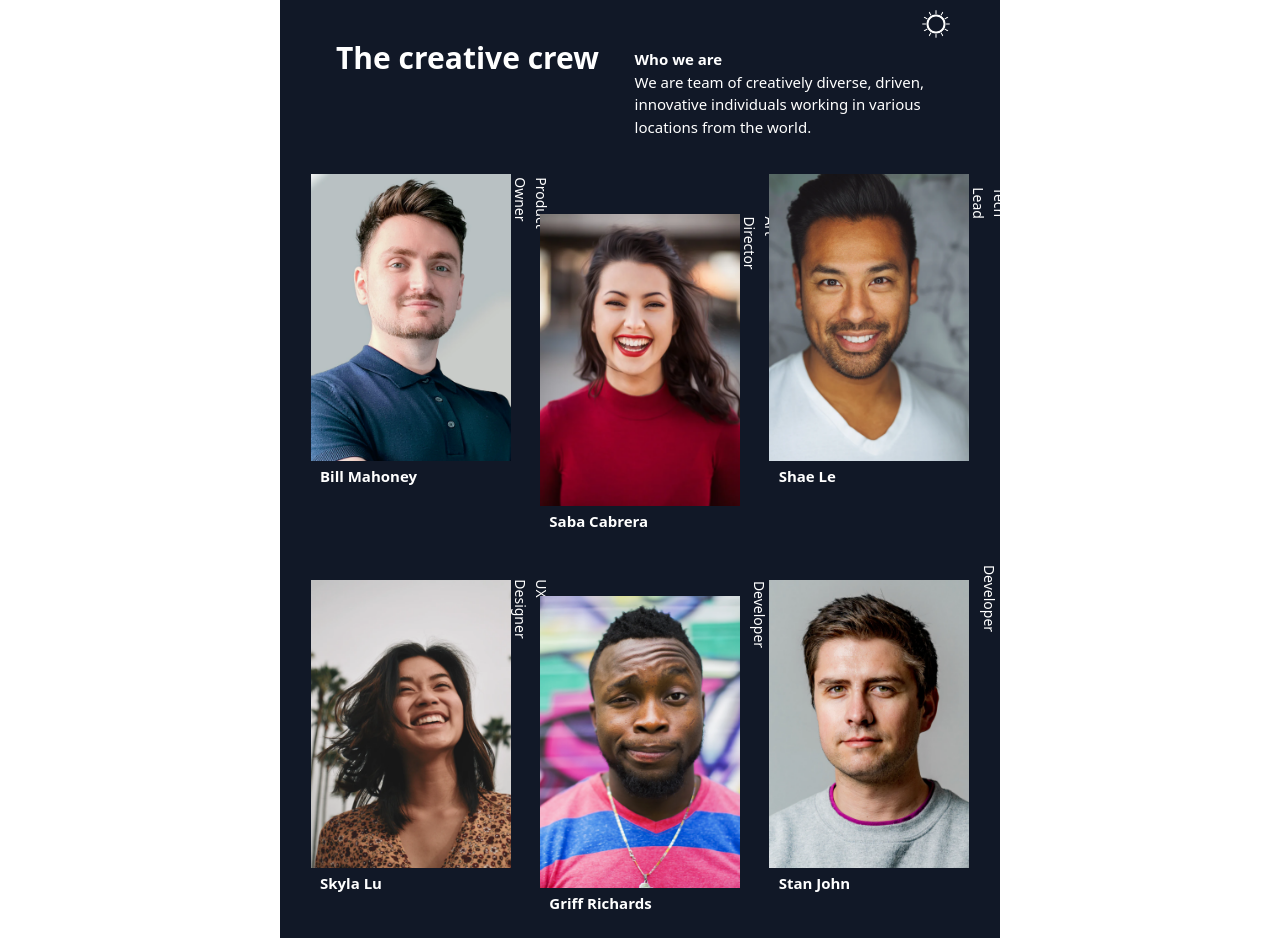
Repository: Alzate1075/Funval-G3-N2
Page: /
An editor plug-in stored every save of this project. The page is shown before and after the next save, followed by the edit.
The browser window is 1280 px wide. The pictures show the whole page.
The project was rebuilt for these pictures with package versions that can differ from the ones it lists, and the page was loaded fresh each time. Also part of the build but not shown: vite.config.js.

Above is the page before, as saved 2025-07-03 11:25:48.

### index.html
<!DOCTYPE html>
<html lang="en">
  <head>
    <meta charset="UTF-8" />
    <link rel="icon" type="image/svg+xml" href="/vite.svg" />
    <meta name="viewport" content="width=device-width, initial-scale=1.0" />
    <link rel="stylesheet" href="./src/index.css" />
    <title>Vite + React</title>
  </head>
  <body>
    <div id="root"></div>
    <script type="module" src="/src/main.jsx"></script>
  </body>
</html>

### src/App.jsx
import React from "react";
import { TeamCard } from "./components/TeamCard";
import miArray from "./components/ArrayTeams";

function App() {
  return (
    <div className="md:bg-[#111827] p-2 md:mx-70">
      <div className="flex justify-end mr-10">
        <img src="/images/sol.png" alt="sol" className="w-8 hidden md:block" />
      </div>
      <div className="flex justify-end">
        <img src="/images/luna.png" alt="luna" className="w-8 md:hidden" />
      </div>
      <div className="md:text-white text-black text-center md:flex md:justify-between md:mx-12">
        <h1 className="text-3xl font-bold">The creative crew</h1>
        <p className="text-[15px] mt-2 max-w-md md:text-md text-wrap text-left m-5">
          <b>Who we are</b>
          <br />
          We are team of creatively diverse, driven, <br /> innovative
          individuals working in various <br /> locations from the world.
        </p>
      </div>

      <div className="md:bg-[#111827] grid grid-cols-2 md:grid-cols-3 gap-x-4 gap-y-6 p-4">
        {miArray.map((persona, index) => (
          <TeamCard
            key={index}
            name={persona.name}
            role={persona.role}
            image={persona.image}
            extraClass={`${index % 2 === 1 ? "mt-6" : ""} ${
              index % 3 === 1 ? "md:mt-10" : ""
            }`}
          />
        ))}
      </div>
    </div>
  );
}

export default App;

### src/components/TeamCard.jsx
import React from "react";
export function TeamCard(props) {
  return (
    <div className={`${props.extraClass}`}>
      <div className="text-black md:text-white md:flex md:items-center md:justify-center gap-2 relative">
        <img src={props.image} alt={props.name} className="md:w-[200px] w-20" />
        <span className="absolute rotate-90 text-[10px] top-2 md:text-[14px] md:ml-60">
          {props.role}
        </span>
      </div>
      <div className="md:text-white text-center mt-1 md:flex md:justify-star pl-4">
        <h3 className="font-semibold text-[12px] md:text-[15px]">
          {props.name}
        </h3>
      </div>
    </div>
  );
}

### src/components/ArrayTeams.jsx
import React from "react";
const miArray = [
  {
    name: "Bill Mahoney",
    role: "Product Owner",
    image: "/images/photo1.png",
  },
  {
    name: "Saba Cabrera",
    role: "Art Director",
    image: "/images/photo2.png",
  },
  {
    name: "Shae Le",
    role: "Tech Lead",
    image: "/images/photo3.png",
  },
  {
    name: "Skyla Lu",
    role: "UX Designer",
    image: "/images/photo4.png",
  },
  {
    name: "Griff Richards",
    role: "Developer",
    image: "/images/photo5.png",
  },
  {
    name: "Stan John",
    role: "Developer",
    image: "/images/photo6.png",
  },
];

export default miArray;

Loaded but not shown: src/index.css (common file); src/main.jsx (common file)

After the next save:
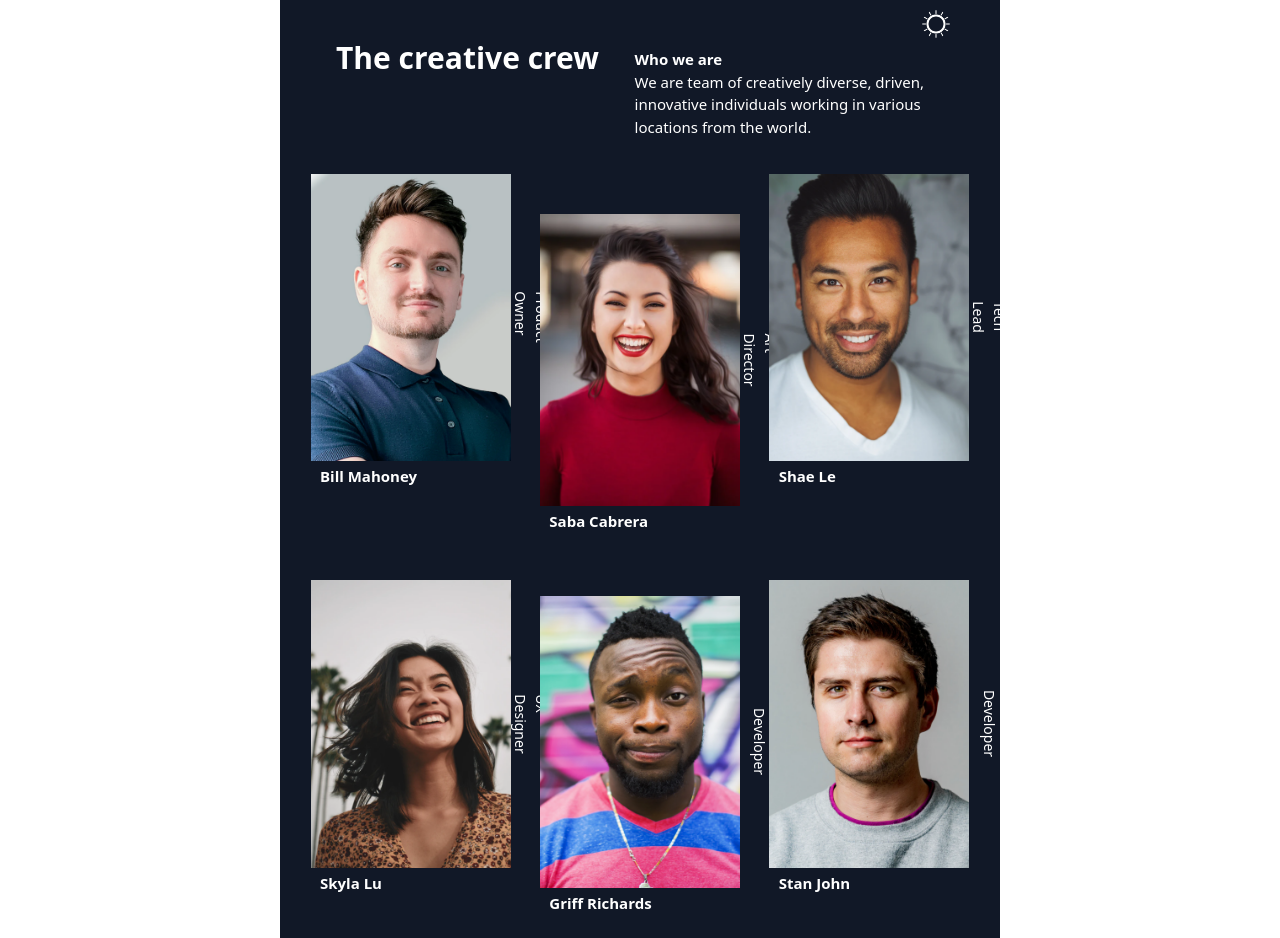
Saved 11 s later.
--- a/src/components/TeamCard.jsx
+++ b/src/components/TeamCard.jsx
@@ -4,7 +4,7 @@
     <div className={`${props.extraClass}`}>
       <div className="text-black md:text-white md:flex md:items-center md:justify-center gap-2 relative">
         <img src={props.image} alt={props.name} className="md:w-[200px] w-20" />
-        <span className="absolute rotate-90 text-[10px] top-2 md:text-[14px] md:ml-60">
+        <span className="absolute rotate-90 text-[10px] md:text-[14px] md:ml-60">
           {props.role}
         </span>
       </div>

After the save that followed:
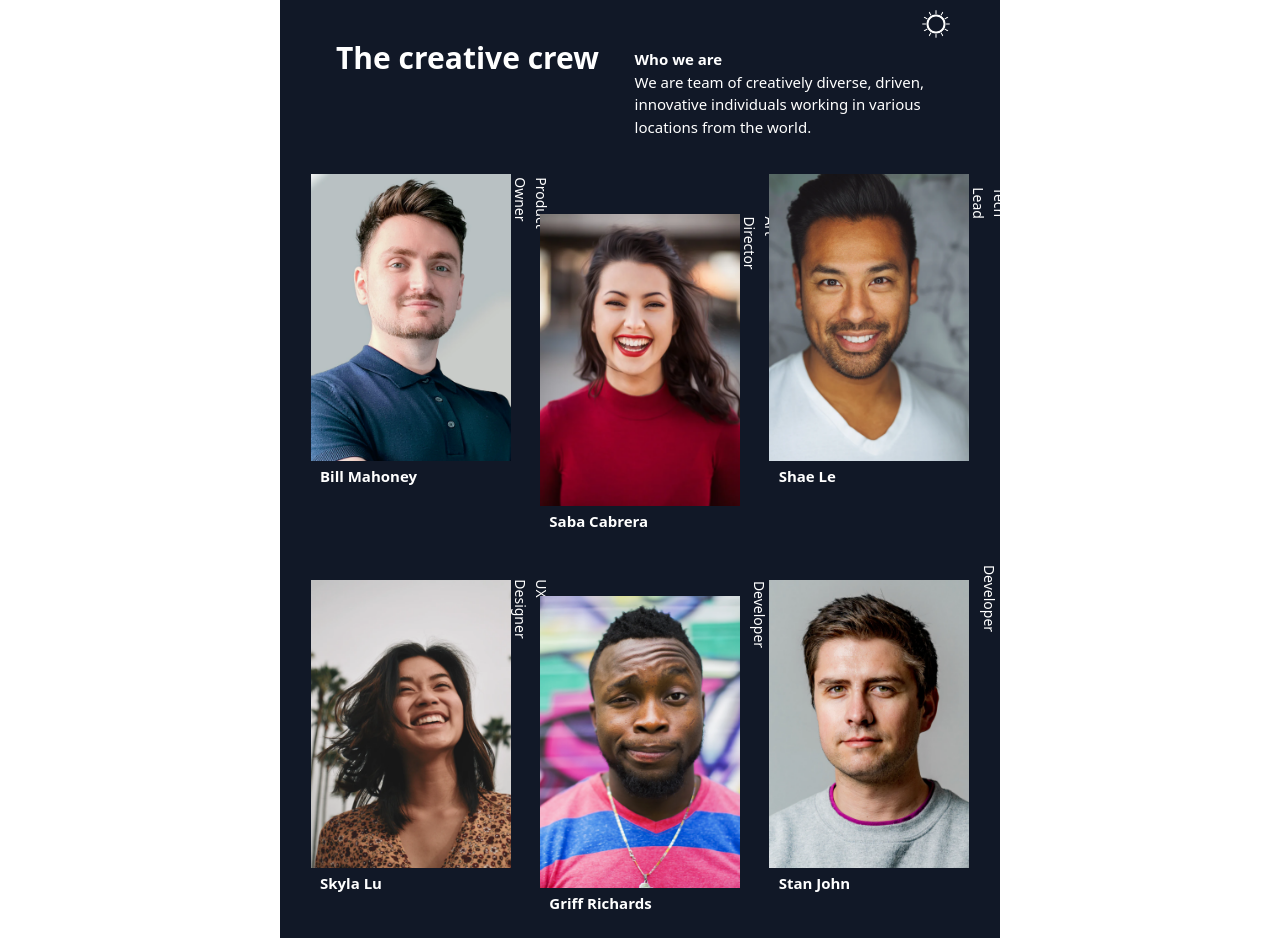
Saved 4 s later.
--- a/src/components/TeamCard.jsx
+++ b/src/components/TeamCard.jsx
@@ -4,7 +4,7 @@
     <div className={`${props.extraClass}`}>
       <div className="text-black md:text-white md:flex md:items-center md:justify-center gap-2 relative">
         <img src={props.image} alt={props.name} className="md:w-[200px] w-20" />
-        <span className="absolute rotate-90 text-[10px] md:text-[14px] md:ml-60">
+        <span className="absolute rotate-90 text-[10px] top-2 md:text-[14px] md:ml-60">
           {props.role}
         </span>
       </div>
